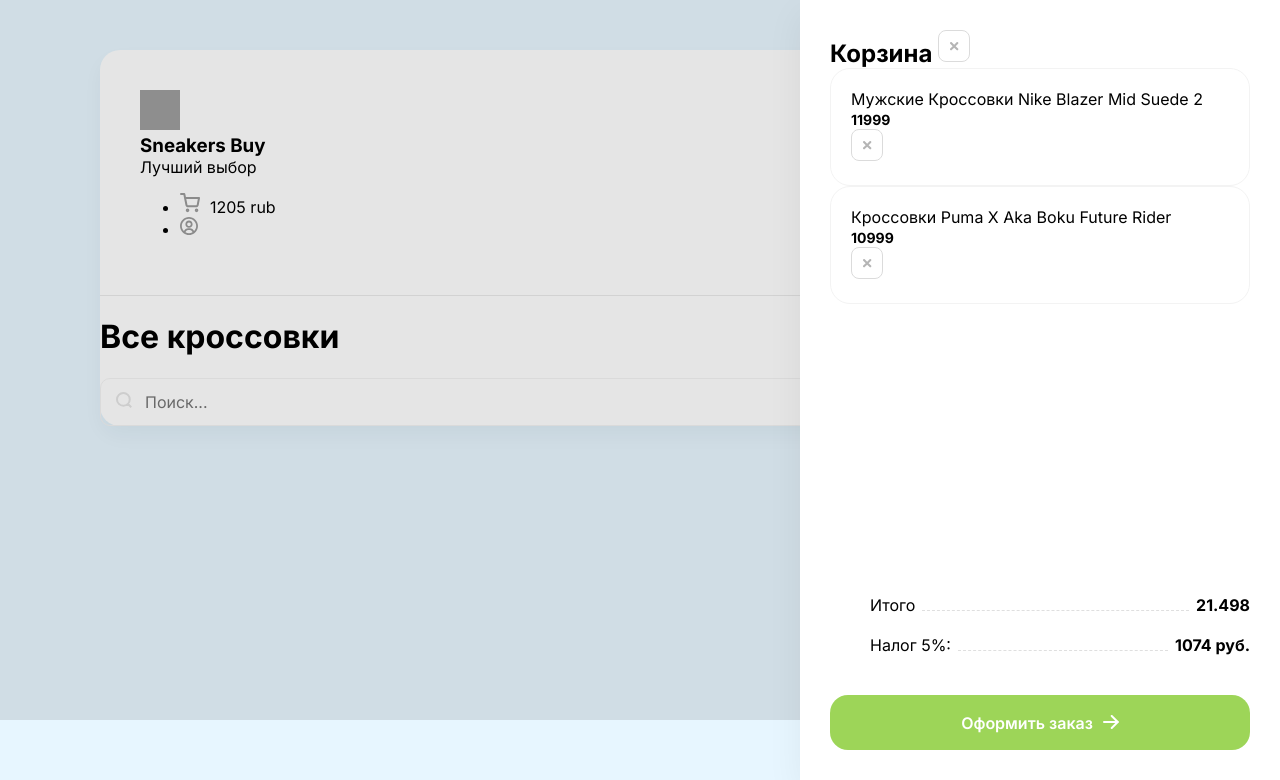
Repository: iveivs/sneakers
Page: /, after clicking the first element matching `li.mr-30`
An editor plug-in stored every save of this project. The page is shown before and after the next save, followed by the edit.
The browser window is 1280 px wide. The pictures show the whole page.
Pictures or frames that could not be fetched are drawn as grey boxes. The page's requests for data from a server got no answer. The project was rebuilt for these pictures with package versions that can differ from the ones it lists, and the page was loaded fresh each time. No one was signed in, and anything a server would have sent is missing. Also part of the build but not shown: src/components/Card.jsx.

Above is the page before, as saved 2024-03-03 19:39:09.

After the next save:
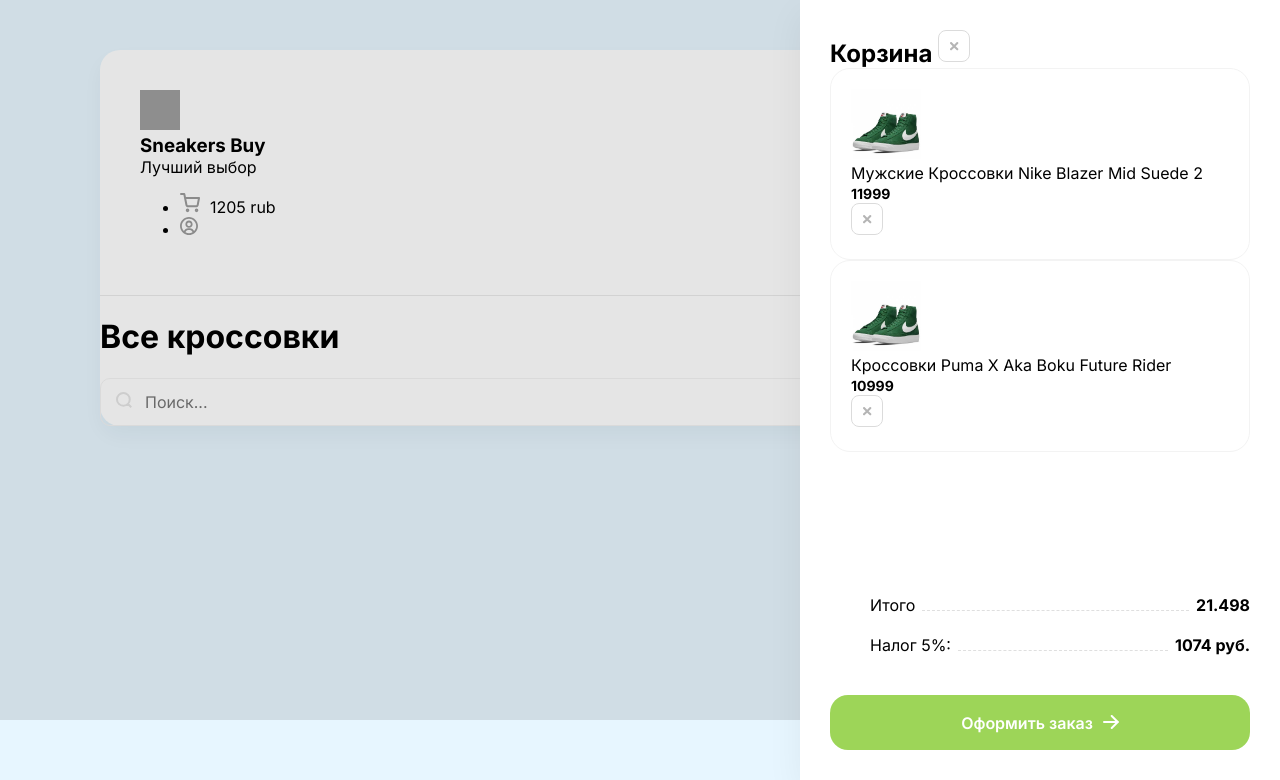
Saved 10 s later.
--- a/src/components/Drawer.jsx
+++ b/src/components/Drawer.jsx
@@ -11,13 +11,13 @@
                     {
                         items.map((obj) => (
                             <div key={obj.title} className="cartItem d-flex align-center mb-20">
-                                {/* <img
+                                <img
                                     className="cartItemImg"
                                     width={70}
                                     height={70}
                                     src="/img/image 5.jpg"
                                     alt=""
-                                /> */}
+                                />
                                 {/* <div
                                     style={{ backgroundImage: `url(${obj.imageUrl})`}}
                                     className="cartItemImg"
